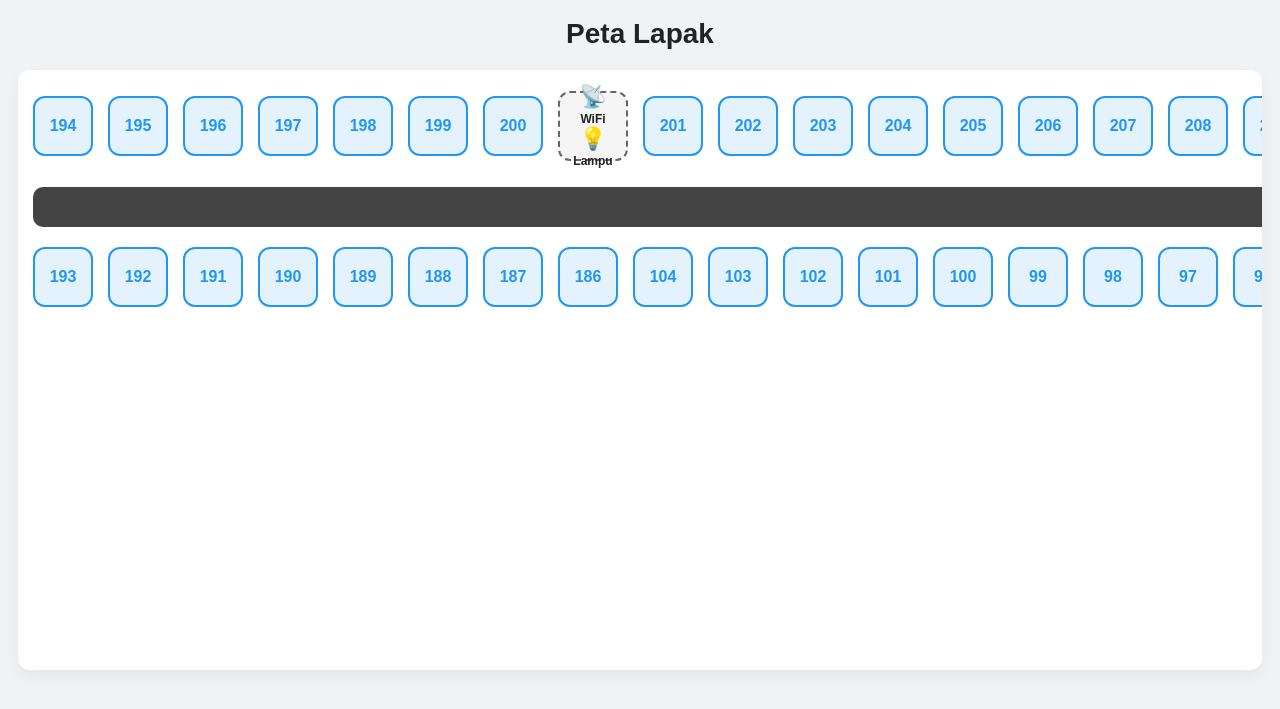
Repository: pasarrakyatbak/denah
Page: index.html
An editor plug-in stored every save of this project. The page is shown before and after the next save, followed by the edit.
The browser window is 1280 px wide. The pictures show the whole page.

Above is the page before, as saved 2025-09-19 10:03:33.

After the next save:
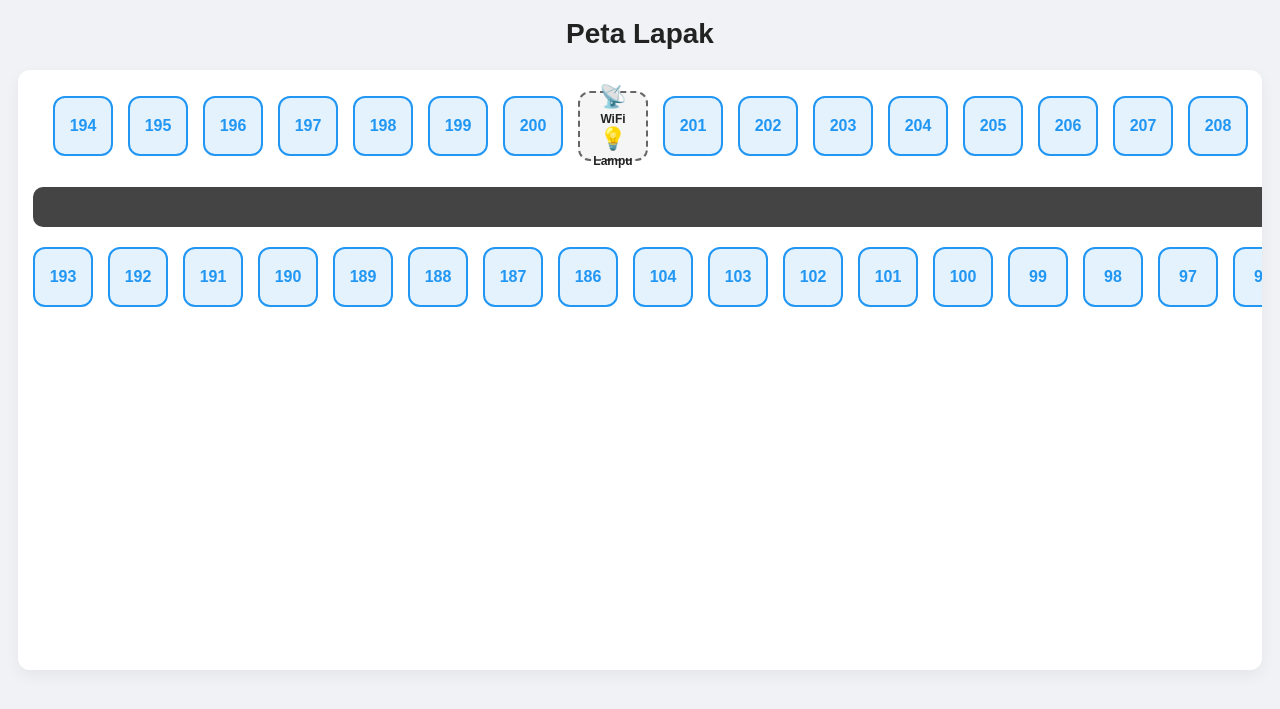
Saved 3 min 14 s later.
--- a/style.css
+++ b/style.css
@@ -193,6 +193,19 @@ h1 {
     color: #222;
 }
 
+/* === Perataan baris atas & gapura === */
+.row.top {
+    justify-content: flex-start;
+    margin-left: 20px;
+    /* geser kiri agar sejajar */
+}
+
+.row.top .gapura-container,
+.row.bottom .gapura-container {
+    margin-left: -15px;
+    /* sejajarkan gapura atas & bawah */
+}
+
 /* Responsive Breakpoints */
 @media(max-width:1200px) {
     .scroll-container {
